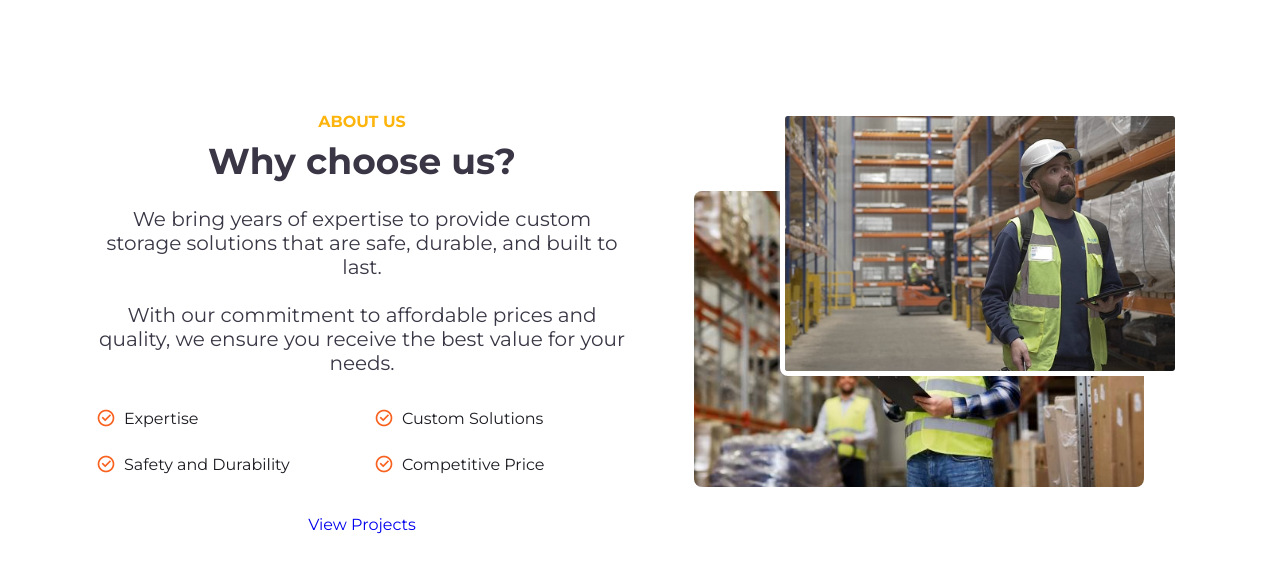
Repository: jahatesu/shelves-and-storage-equipment
Page: index.html
These files come from the project's save history. The page is drawn as it stood at one moment and after a run of saves; the edit follows.
The browser window is 1280 px wide. The pictures show the part of the page from y = 720 to 1302 px (the page is 1302 px tall before and 1108 px after).
Backgrounds fixed to the window are drawn as part of the page. Some web fonts or font styles are not loaded; a fallback is used.

Above is the page before, as saved 2025-01-08 16:19:41.
Console error: TypeError: Cannot read properties of null (reading 'querySelector')

After the next 2 saves:
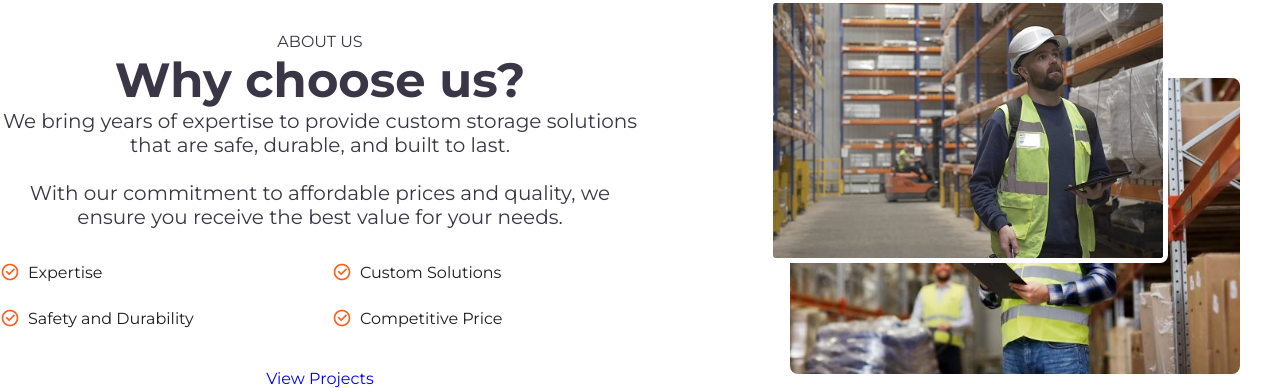
The 2 saves are shown as one change because they came seconds apart.
The last was saved 29 s later.
--- a/style.css
+++ b/style.css
@@ -326,38 +326,6 @@ header {
 }
 
 /* About Section */
-.container {
-    max-width: 1120px;
-    margin: 0 auto;
-    padding: 0 1rem;
-    margin-top: 4rem; /* Added top margin */
-    margin-bottom: 2rem;
-}
-
-.grid {
-    display: grid;
-    gap: 1.5rem;
-}
-
-.section {
-    padding-block: 5rem 1rem;
-}
-
-.section_title {
-    text-align: center;
-    font-size: var(--h1-font-size);
-    font-weight: var(--font-bold);
-    margin-bottom: 1.5rem;
-}
-
-.section_subtitle {
-    display: block;
-    text-align: center;
-    font-size: var(--normal-font-size);
-    font-weight: var(--font-bold);
-    color: var(--second-color);
-    margin-bottom: .5rem;
-}
 
 .about_container {
     row-gap: 3.5rem;

After the 3 saves that followed:
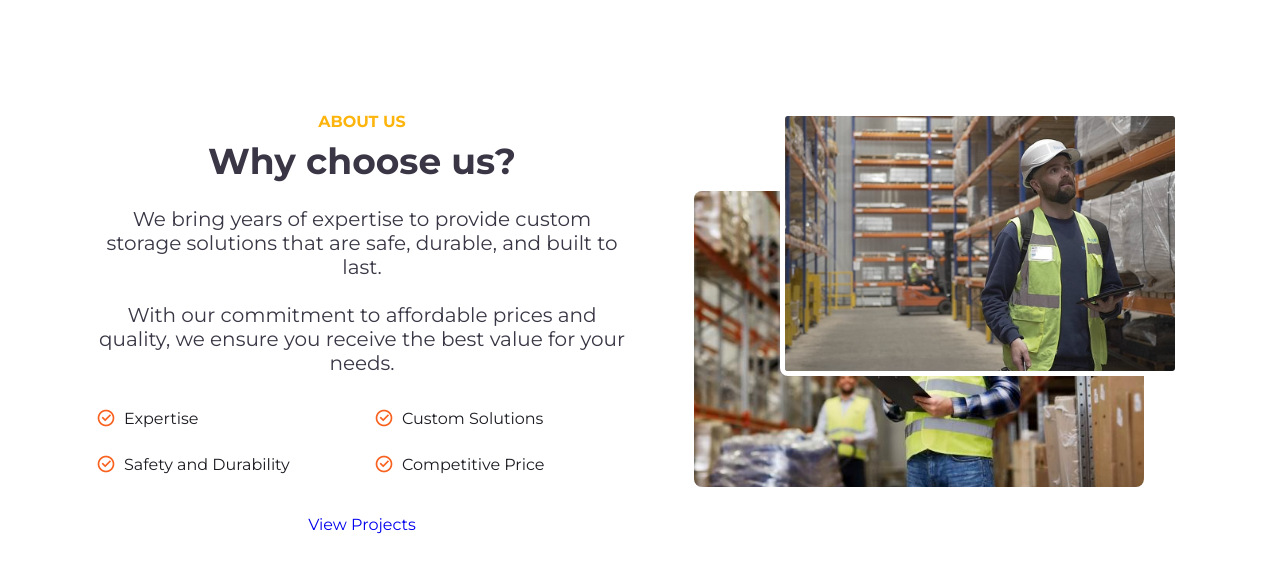
The 3 saves are shown as one change because they came seconds apart.
The last was saved 18 s later.
--- a/style.css
+++ b/style.css
@@ -173,6 +173,39 @@ body html{
     overflow-y: hidden;
 }
 
+/* css classes */
+.container {
+    max-width: 1120px;
+    margin: 0 auto;
+    padding: 0 1rem;
+    margin-top: 4rem; /* Added top margin */
+    margin-bottom: 2rem;
+}
+
+.grid {
+    display: grid;
+    gap: 1.5rem;
+}
+
+.section {
+    padding-block: 5rem 1rem;
+}
+
+.section_title {
+    text-align: center;
+    font-size: var(--h1-font-size);
+    font-weight: var(--font-bold);
+    margin-bottom: 1.5rem;
+}
+
+.section_subtitle {
+    display: block;
+    text-align: center;
+    font-size: var(--normal-font-size);
+    font-weight: var(--font-bold);
+    color: var(--second-color);
+    margin-bottom: .5rem;
+}
 
 /* Hide checkbox and toggle button initially */
 #nav-checkbox,
